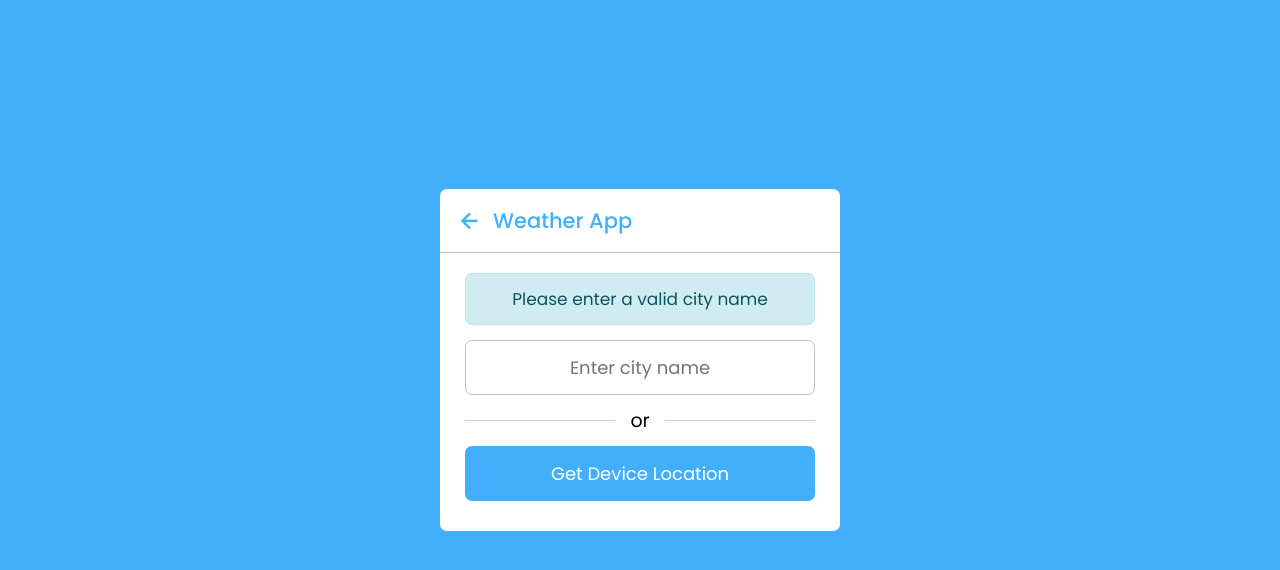
Repository: long13820/Weather-App-HTML-CSS-Javascript
Page: index.html
The author's editor kept a copy of each file at every save. The page is drawn from the files as they stood at one save, then again after a run of saves.
The browser window is 1280 px wide. The pictures show the whole page.

Above is the page before, as saved 2021-09-02 01:15:25.

After the next 4 saves:
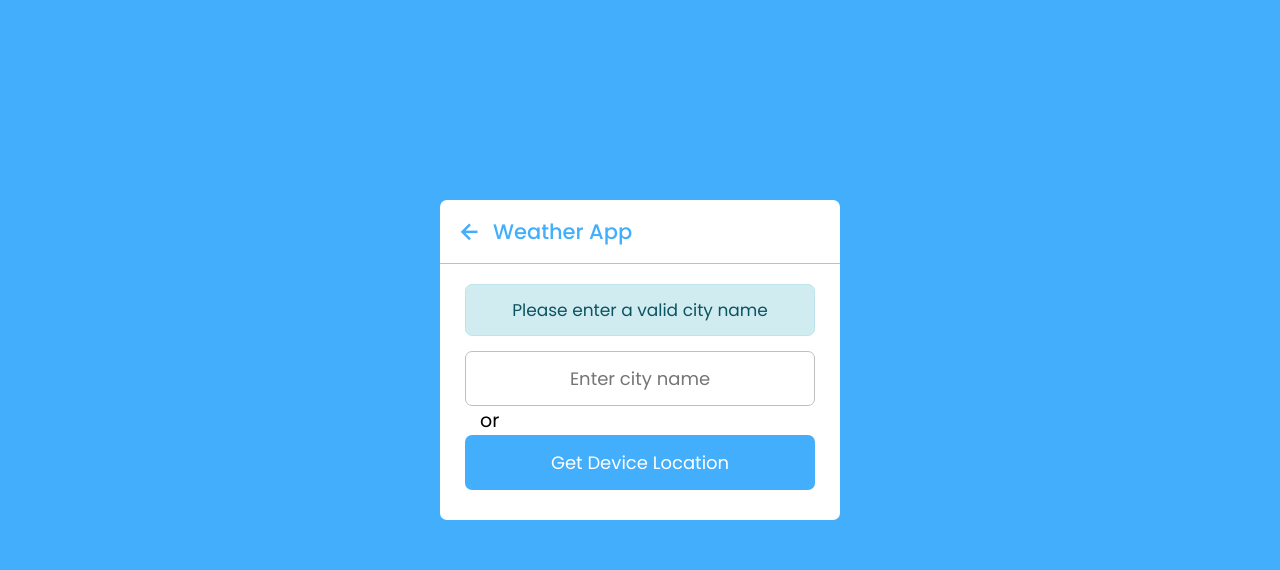
The 4 saves are shown as one change because they came seconds apart.
The last was saved 9 h 2 min later.
--- a/style.css
+++ b/style.css
@@ -65,6 +65,7 @@
     text-align: center;
     border: 1px solid #bfbfbf;
 }
+.input-part input
 .input-part .separator{
     height: 1px;
     width: 100%;

After the 4 saves that followed:
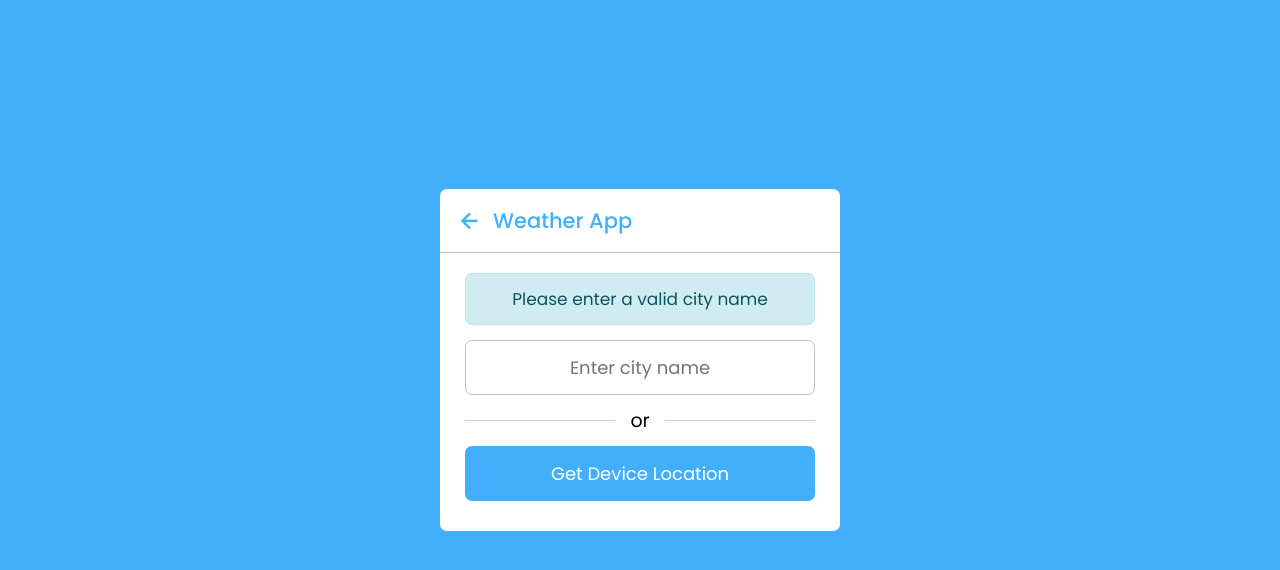
The 4 saves are shown as one change because 2 left the picture as it was and some came seconds apart.
The last was saved 25 s later.
--- a/style.css
+++ b/style.css
@@ -65,7 +65,9 @@
     text-align: center;
     border: 1px solid #bfbfbf;
 }
-.input-part input
+.input-part input:is(:focus,:valid){
+
+}
 .input-part .separator{
     height: 1px;
     width: 100%;
